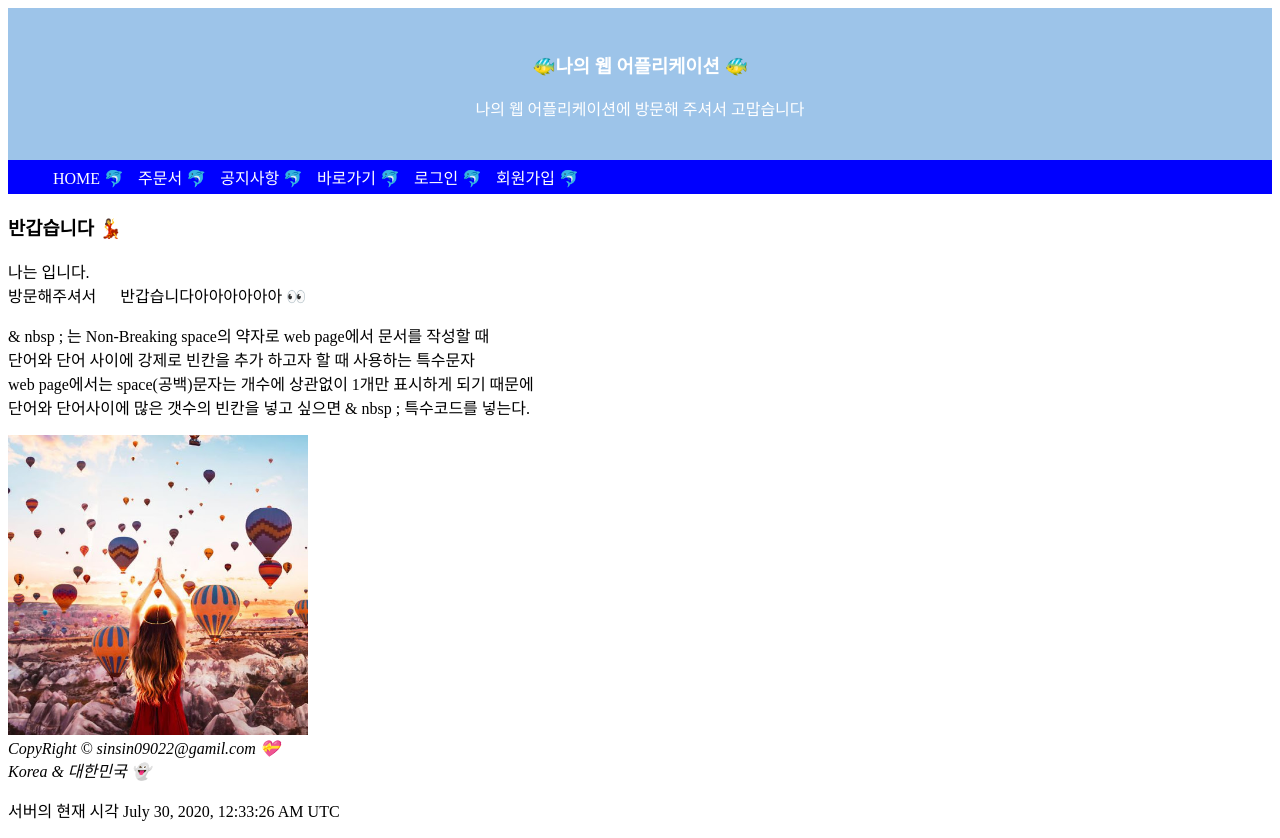
Repository: haetsalshin/Biz_506_2020_07_SpringMVC
Page: http://localhost/SpMVC_001_Order/
These files come from the project's save history. The page is drawn as it stood at one moment and after the next save; the edit follows.
The browser window is 1280 px wide. The pictures show the whole page.
The page is served by Tomcat 9. The template is opened directly, without the code that normally fills it, so the values that code supplies are empty.

Above is the page before, as saved 2020-07-30 02:34:47.

After the next save:
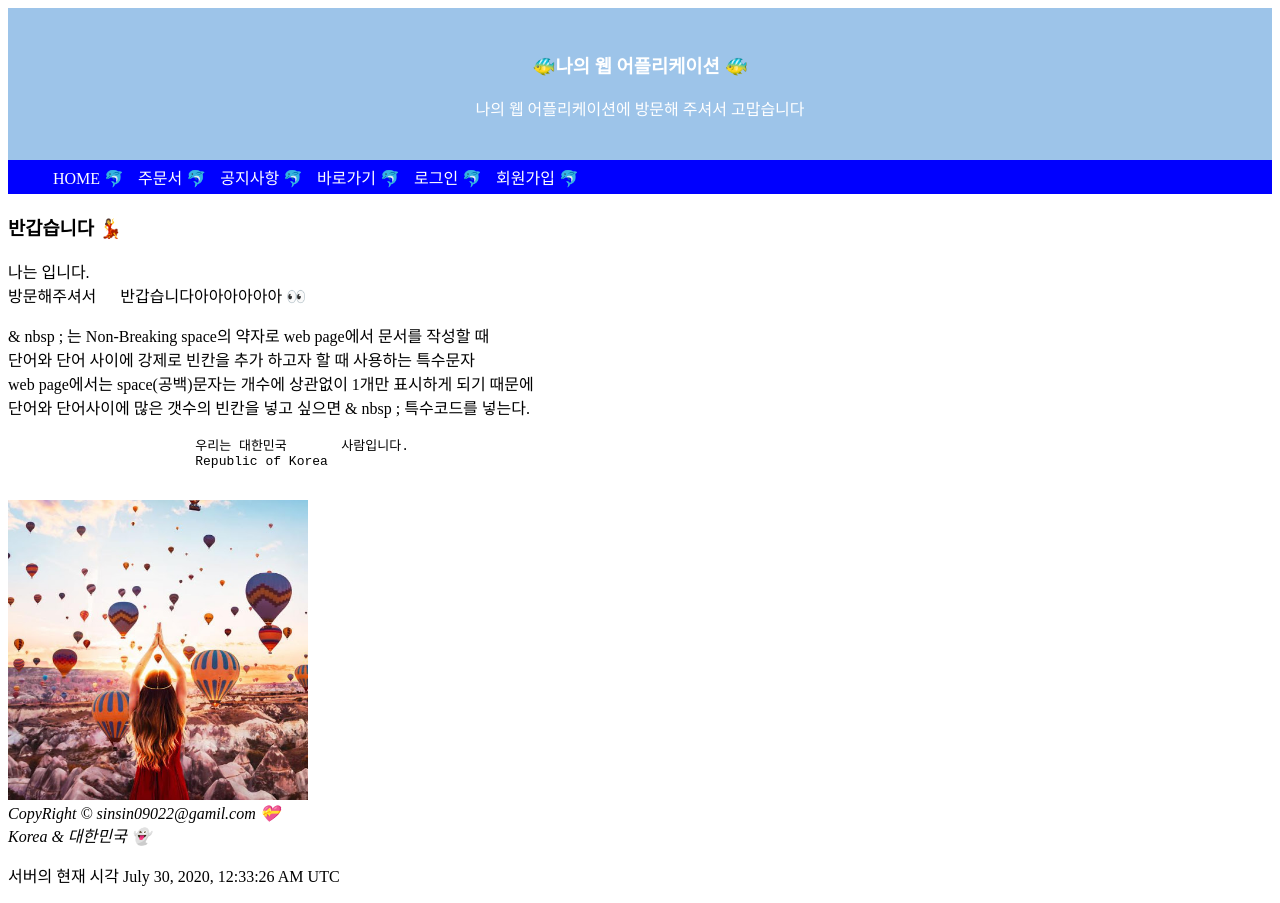
Saved 109 s later.
--- a/SpMVC_001_Order/src/main/webapp/WEB-INF/views/home.jsp
+++ b/SpMVC_001_Order/src/main/webapp/WEB-INF/views/home.jsp
@@ -23,7 +23,12 @@
 	단어와 단어 사이에 강제로 빈칸을 추가 하고자 할 때 사용하는 특수문자</br>
 	web page에서는 space(공백)문자는 개수에 상관없이 1개만 표시하게 되기 때문에</br>
 	단어와 단어사이에 많은 갯수의 빈칸을 넣고 싶으면 & nbsp ; 특수코드를 넣는다.
-
+	<p>
+		<pre>
+			우리는 대한민국       사람입니다.
+			Republic of Korea
+		</pre>
+	</p>
 
 	</section>
 	<section>
